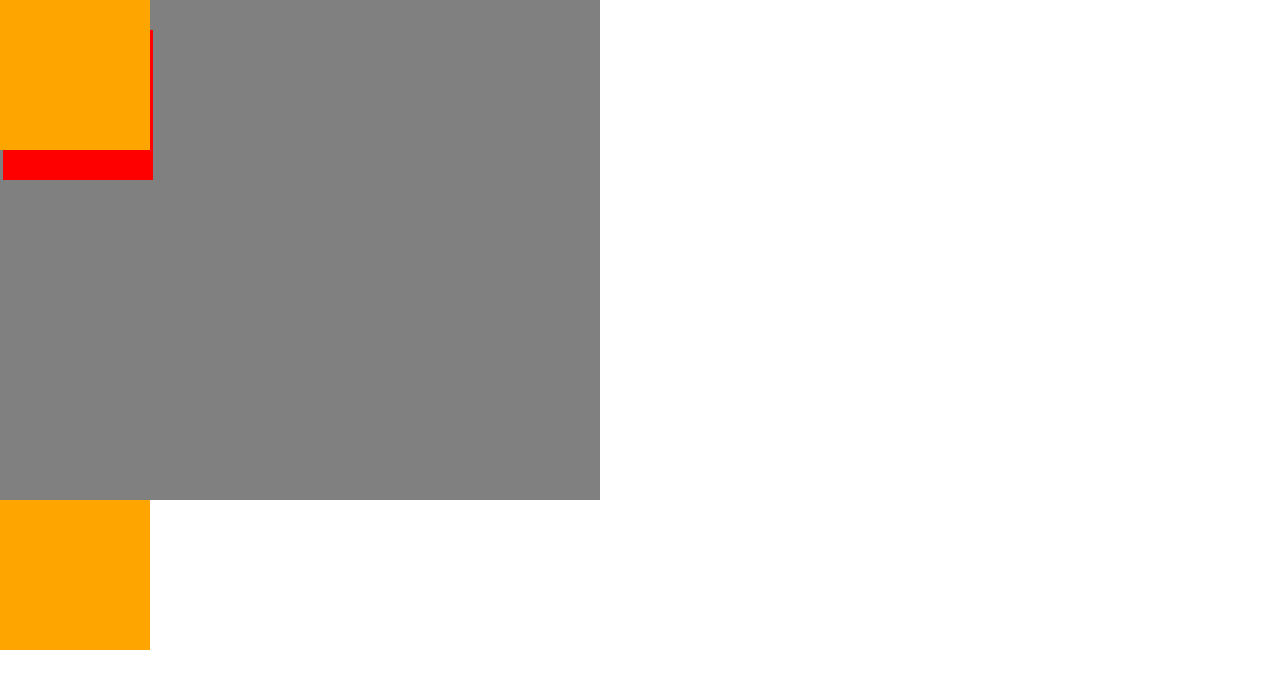
Repository: AytacSafarova/Task-12
Page: index.html
These files come from the project's save history. The page is drawn as it stood at one moment and after a run of saves; the edit follows.
The browser window is 1280 px wide. The pictures show the whole page.

Above is the page before, as saved 2023-07-27 09:15:51.

### index.html
<!DOCTYPE html>
<html lang="en">
<head>
  <meta charset="UTF-8">
  <meta name="viewport" content="width=device-width, initial-scale=1.0">
  <title>Document</title>
  <link rel="stylesheet" href="./index.css">
</head>
<body>
<div class="container">
  <div class="card"></div>
  <div class="card"></div>
  <div class="card"></div>
</div>
<div class="card additional"></div>

</body>
</html>

### index.css
*{
    margin: 0;
    padding: 0;
    box-sizing: border-box;
}

.container{
width: 600px;
height: 500px;
background-color: gray;
}
.card{
    width: 150px;
    height: 150px;
}
.card:nth-child(1){
    background-color: red;
    position: absolute;
    top: 30px;
    /* left: 30px; */
    z-index: 0;
    margin-left: 3px;

}
.card:nth-child(2){
    background-color: orange;
    position: absolute;
    z-index: 1;

}
.card:nth-child(3){
    background-color: rgb(0, 38, 255);
}
.card:nth-child(4){
    position: relative;
    top: 30px;
    background-color: green;
}

After the next 3 saves:
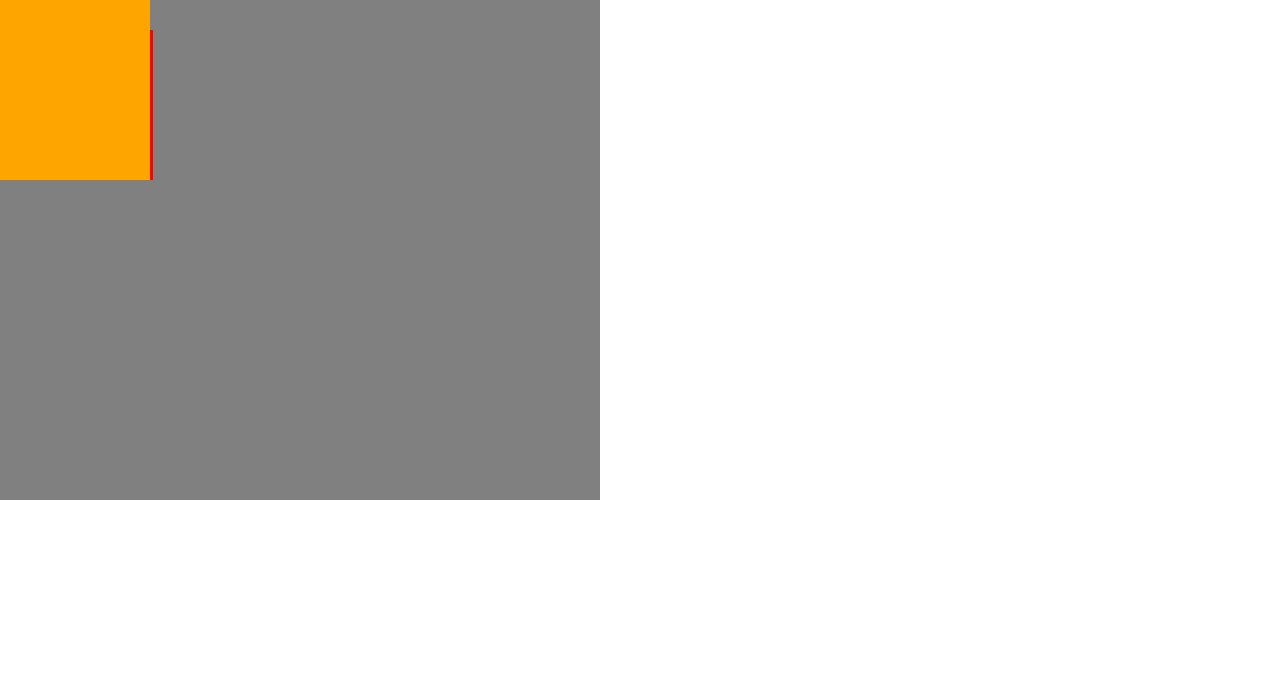
The 3 saves are shown as one change because they came seconds apart.
The last was saved 9 s later.
--- a/index.css
+++ b/index.css
@@ -31,7 +31,7 @@
 .card:nth-child(3){
     background-color: rgb(0, 38, 255);
 }
-.card:nth-child(4){
+.additional{
     position: relative;
     top: 30px;
     background-color: green;

After the 2 saves that followed:
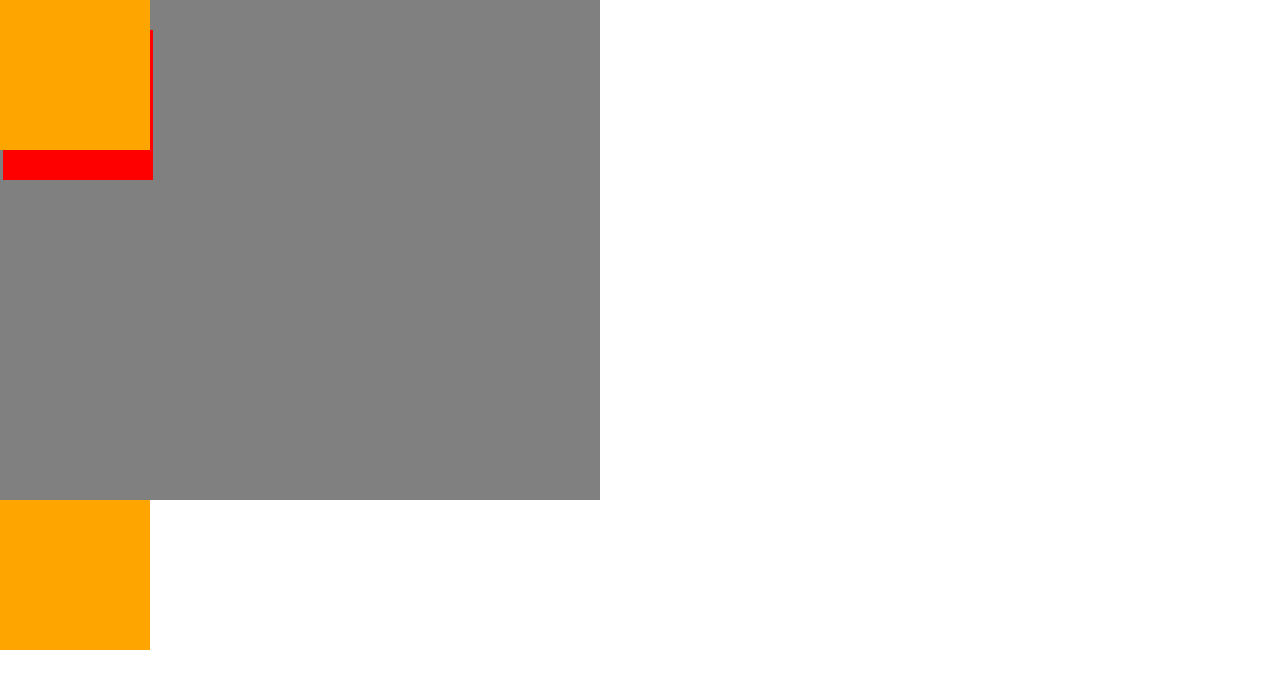
The 2 saves are shown as one change because 1 left the picture as it was.
The last was saved 50 s later.
--- a/index.css
+++ b/index.css
@@ -32,7 +32,7 @@
     background-color: rgb(0, 38, 255);
 }
 .additional{
-    position: relative;
-    top: 30px;
+    /* position: relative; */
+    /* top: 30px; */
     background-color: green;
 }
